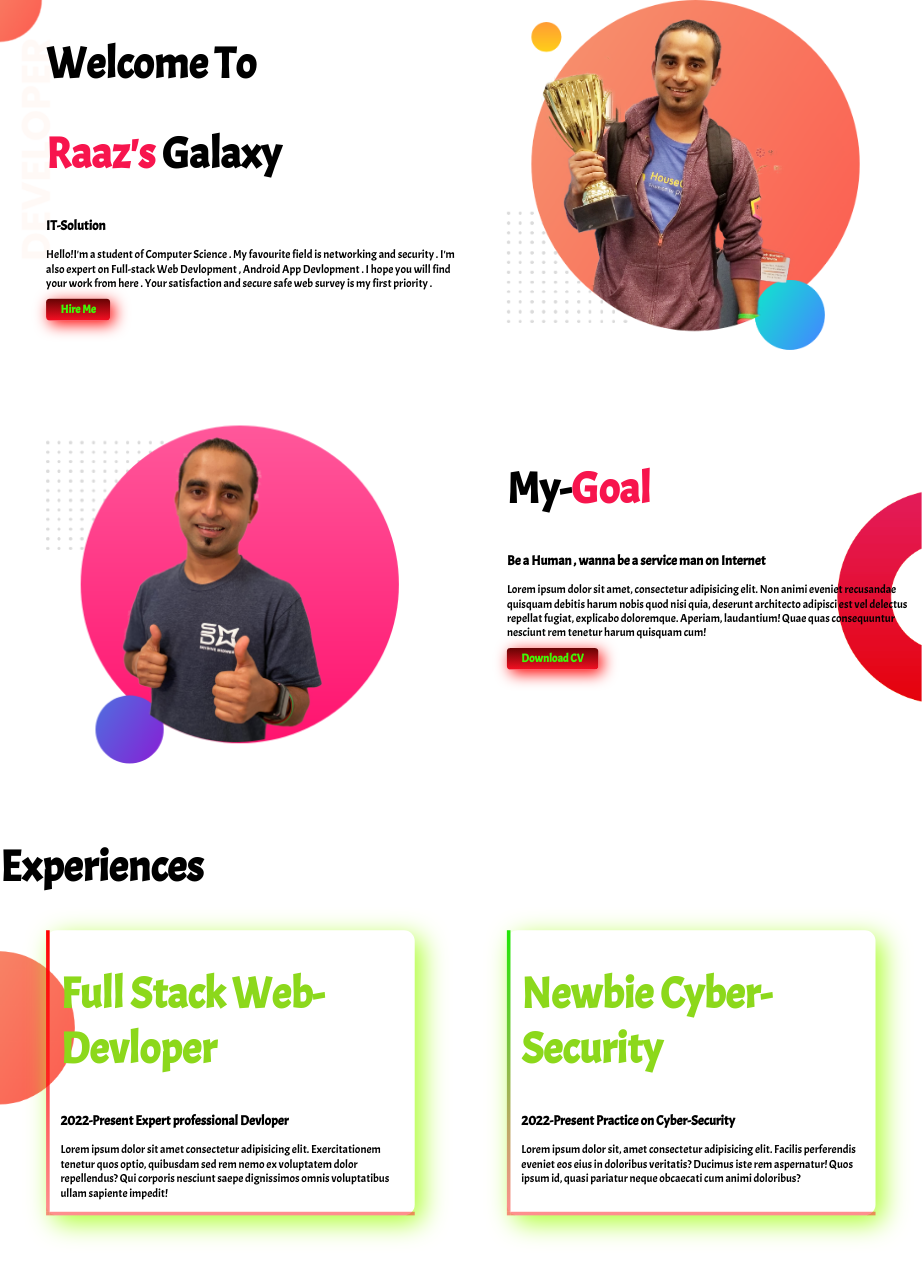
Repository: ramizraaz/my-portfolio
Page: about.html
The author's editor kept a copy of each file at every save. The page is drawn from the files as they stood at one save, then again after the next save.
The browser window is 1280 px wide. The pictures show the whole page, at 72% of full size.

Above is the page before, as saved 2022-01-18 16:37:12.

### about.html
<!DOCTYPE html>
<html lang="en">

<head>
    <meta charset="UTF-8">
    <meta http-equiv="X-UA-Compatible" content="IE=edge">
    <meta name="viewport" content="width=device-width, initial-scale=1.0">
    <title>Raaz Portfolio</title>
    <link rel="preconnect" href="https://fonts.googleapis.com">
    <link rel="preconnect" href="https://fonts.gstatic.com" crossorigin>
    <link href="https://fonts.googleapis.com/css2?family=Acme&family=Lobster&family=Permanent+Marker&display=swap" rel="stylesheet">
    <link rel="stylesheet" href="design.css">
</head>

<body>
    <section class="top flex-container">
        <div class="content">
            <h1>Welcome To</h1>
            <h1><span> Raaz's </span>Galaxy</h1>
            <h3>IT-Solution</h3>
            <p>Hello!I'm a student of Computer Science . My favourite field is networking and security . I'm also expert on Full-stack Web Devlopment , Android App Devlopment . I hope you will find your work from here . Your satisfaction and secure safe
                web survey is my first priority .</p>
            <a class="link-button" href="" target="_blank">Hire Me</a>
        </div>
        <div class="content">
            <img src="images/jhankar.png" alt="Personal Profile">
        </div>
    </section>
    <section class="middle flex-container">
        <div class="content">
            <img src="images/jhankar2.png" alt="Personal Profile">
        </div>
        <div class="content">
            <h1>My-<span id="middHeadder">Goal</span></h1>
            <h3>Be a Human , wanna be a service man on Internet</h3>
            <p>Lorem ipsum dolor sit amet, consectetur adipisicing elit. Non animi eveniet recusandae quisquam debitis harum nobis quod nisi quia, deserunt architecto adipisci est vel delectus repellat fugiat, explicabo doloremque. Aperiam, laudantium! Quae
                quas consequuntur nesciunt rem tenetur harum quisquam cum!</p>
            <a class="link-button" href="" target="_blank">Download CV</a>
        </div>
    </section>
    <section class="bottom">
        <h1>Experiences</h1>
        <div class="flex-container">
            <div id="web-dev" class="exp-items">
                <h1 class="ex-h-color">Full Stack Web-Devloper</h1>
                <h3>2022-Present Expert professional Devloper</h3>
                <p>Lorem ipsum dolor sit amet consectetur adipisicing elit. Exercitationem tenetur quos optio, quibusdam sed rem nemo ex voluptatem dolor repellendus? Qui corporis nesciunt saepe dignissimos omnis voluptatibus ullam sapiente impedit!</p>
            </div>
            <div id="security" class="exp-items">
                <h1 class="ex-h-color">Newbie Cyber-Security </h1>
                <h3>2022-Present Practice on Cyber-Security</h3>
                <p>Lorem ipsum dolor sit, amet consectetur adipisicing elit. Facilis perferendis eveniet eos eius in doloribus veritatis? Ducimus iste rem aspernatur! Quos ipsum id, quasi pariatur neque obcaecati cum animi doloribus?</p>
            </div>
        </div>
    </section>
</body>

</html>

### design.css
body {
    font-family: 'Acme', sans-serif;
    margin: 0;
}

h1 {
    font-size: 60px;
}

span {
    color: rgb(247, 21, 77);
}

.flex-container {
    display: flex;
    /* Using this attribute for show photo and content flexible left right part */
    margin-bottom: 100px;
}

.content {
    width: 50%;
    /*to make 2 div 50//50 size*/
    padding-left: 5%;
}

.content img {
    width: 85%;
    /*adjusting image*/
}

.link-button {
    text-decoration: none;
    background-image: linear-gradient(rgb(102, 3, 3), #f50f22);
    padding: 5px 20px;
    border-radius: 5px;
    font-weight: 800;
    color: rgb(63, 247, 7);
    box-shadow: 5px 5px 20px red;
}

.top {
    background-image: url(images/top-banner.png);
    background-repeat: no-repeat;
}

.middle {
    background-image: url(images/dream-bg.png);
    background-repeat: no-repeat;
    background-position: right;
}

.middHeadder {
    color: crimson;
}

.ex-h-color {
    color: rgb(140, 216, 27);
}

.bottom {
    background-image: url(images/exp-bg.png);
    background-repeat: no-repeat;
    background-position: left;
}

.exp-items {
    width: 40%;
    margin-left: 5%;
    margin-right: 5%;
    padding-left: 15px;
    border-radius: 15px;
    box-shadow: 10px 10px 35px greenyellow;
}

#web-dev {
    border-left: 5px solid;
    border-bottom: 5px solid;
    border-image: linear-gradient(rgb(255, 1, 1), #fd212181);
    border-image-slice: 1;
}

#security {
    border-left: 5px solid;
    border-bottom: 5px solid;
    border-image: linear-gradient(rgb(32, 231, 6), #fd212181);
    border-image-slice: 1;
}

After the next save:
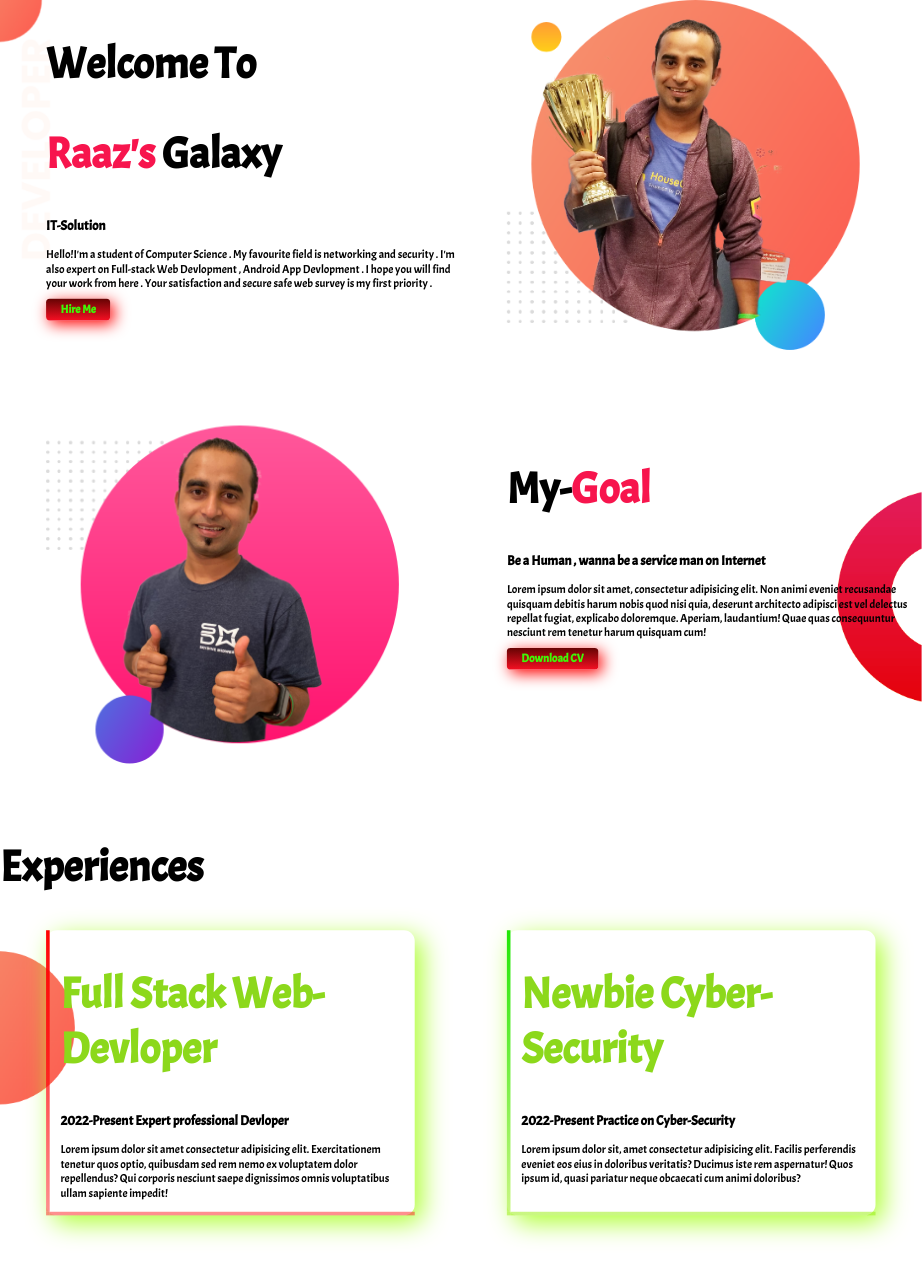
Saved 5 s later.
--- a/design.css
+++ b/design.css
@@ -82,6 +82,6 @@ span {
 #security {
     border-left: 5px solid;
     border-bottom: 5px solid;
-    border-image: linear-gradient(rgb(32, 231, 6), #fd212181);
+    border-image: linear-gradient(rgb(32, 231, 6), #96ee0881);
     border-image-slice: 1;
 }
